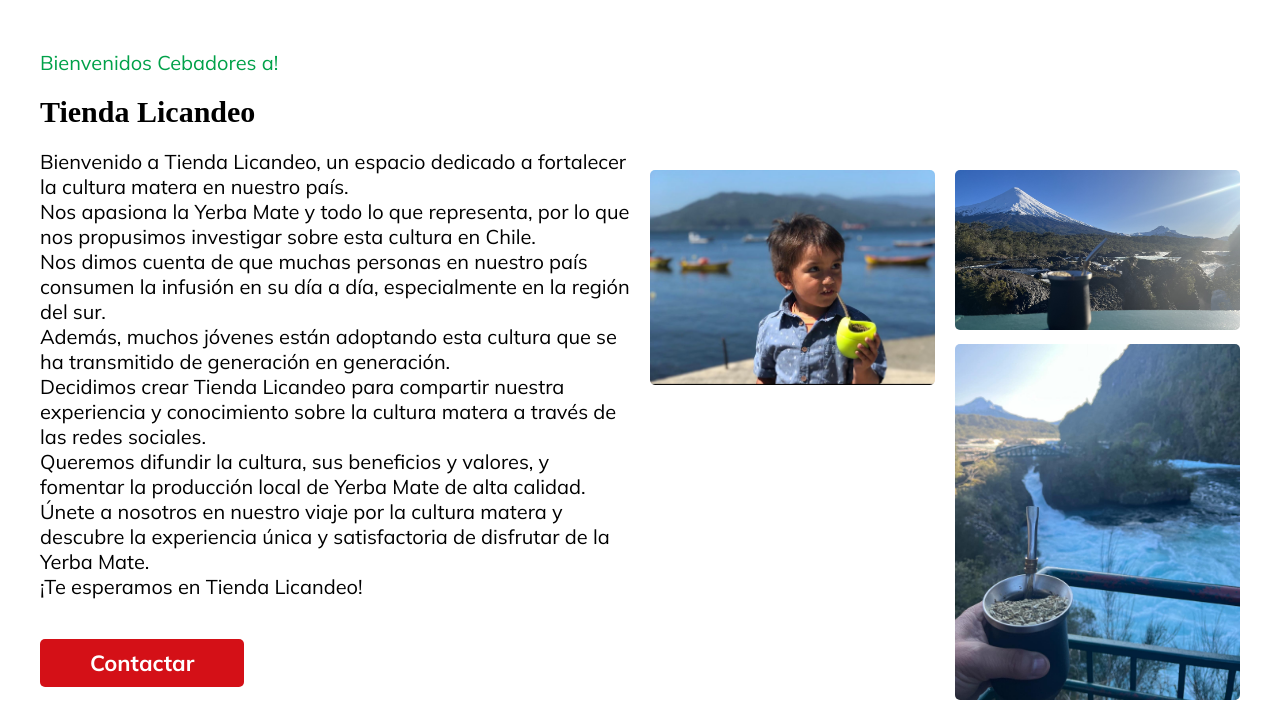
Repository: PiaTrujillo/LICANDEO-main
Page: index.html
The author's editor kept a copy of each file at every save. The page is drawn from the files as they stood at one save, then again after the next save.
The browser window is 1280 px wide. The pictures show the part of the page from y = 748 to 1471 px (the page is 1471 px tall).
A picture or video elsewhere on the page could not be fetched, so the positions and the page height are approximate. Some web fonts or font styles are not loaded; a fallback is used. Some web libraries are served in a nearby version.

Above is the page before, as saved 2023-05-09 13:30:02.

After the next save:
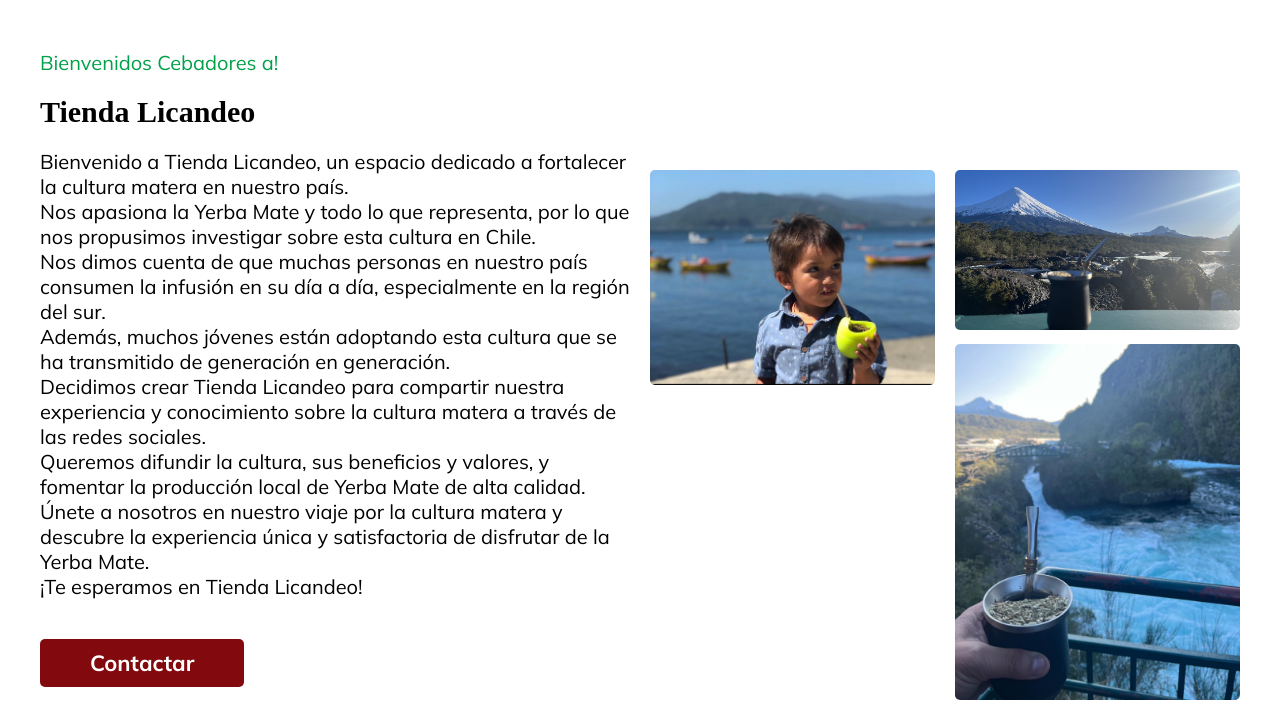
Saved 10 s later.
--- a/css/estilos.css
+++ b/css/estilos.css
@@ -2,7 +2,7 @@
     --azul: #0021f5;
     --verde:#00A149;
     --blanco:#fff;
-    --rojo:#d41017;
+    --rojo:#820a0e;
     --oscuro:#000;
     --titulos:'Arima Madurai',cursive;
     --parrafos:'Mulish', sans-serif;
